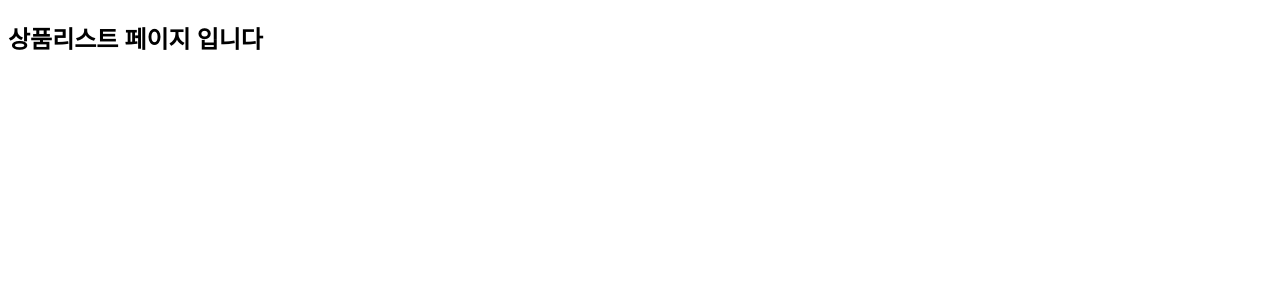
Repository: simjinbo/shoppingmall-lookbom
Page: http://localhost/lookBomProject/views/product/productListView.jsp
The author's editor kept a copy of each file at every save. The page is drawn from the files as they stood at one save, then again after the next save.
The browser window is 1280 px wide. The pictures show the whole page.
The page is served by Tomcat 9. Nobody is signed in. The application's start-up code is not run.

Above is the page before, as saved 2019-03-12 03:38:35.

After the next save:
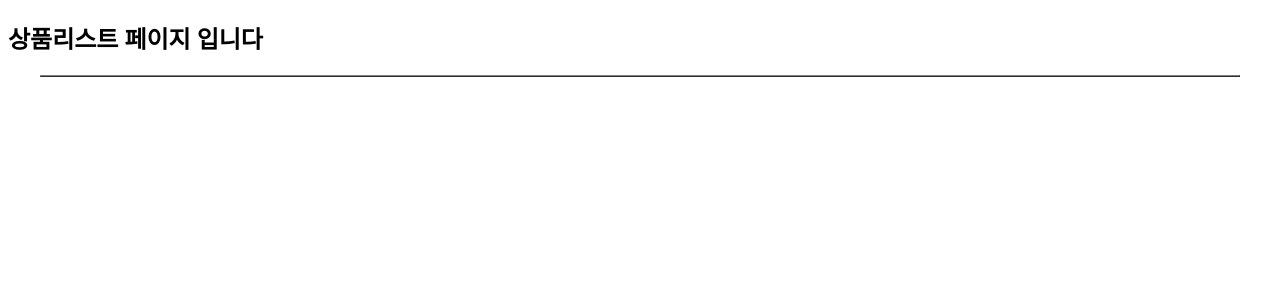
Saved 4 min 7 s later.
--- a/lookBomProject/web/views/product/productListView.jsp
+++ b/lookBomProject/web/views/product/productListView.jsp
@@ -8,6 +8,6 @@
 </head>
 <body>
 <h2>상품리스트 페이지 입니다</h2>
-
+<table align ="center" width="1200" border="1px solid #bcbcbc"></table>
 </body>
 </html>
